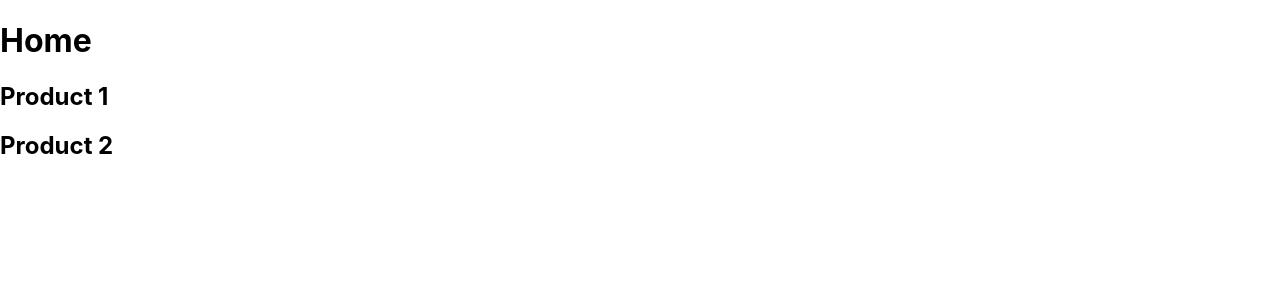
Repository: OmniaRafat232111121/NextJsTutrials
Page: /product
An editor plug-in stored every save of this project. The page is shown before and after a run of saves, followed by the edit.
The browser window is 1280 px wide. The pictures show the whole page.
The project was rebuilt for these pictures with package versions that can differ from the ones it lists, and the page was loaded fresh each time. The framework's server and built-in components were replaced by stand-ins that run in the browser. Also part of the build but not shown: next.config.js.

Above is the page before, as saved 2022-11-13 12:35:28.

### pages/product/index.js
import Link from 'next/link'
import React from 'react'

const productList = () => {
  return (
    <>
      <Link href="/">
        <h1>Home</h1>
      </Link>
      <h2>
        <Link href="/product/1">
          <a>Product 1</a>
        </Link>
      </h2>
          <h2>
        <Link href="/product/2">
          <a>Product 2</a>
        </Link>
      </h2>

    </>
  )
}

export default productList

### styles/globals.css
html,
body {
  padding: 0;
  margin: 0;
  font-family: -apple-system, BlinkMacSystemFont, Segoe UI, Roboto, Oxygen,
    Ubuntu, Cantarell, Fira Sans, Droid Sans, Helvetica Neue, sans-serif;
}

a {
  color: inherit;
  text-decoration: none;

}

* {
  box-sizing: border-box;
}

Loaded but not shown: pages/_app.js (common file)

After the next 2 saves:
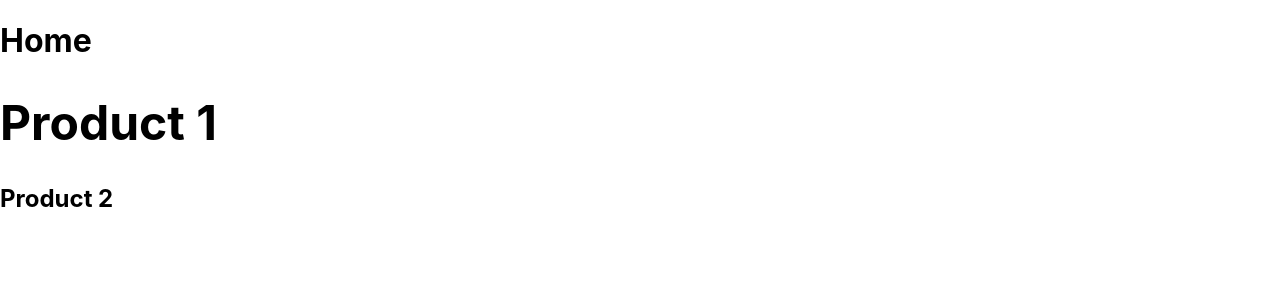
The 2 saves are shown as one change because they came seconds apart.
The last was saved 25 s later.
--- a/pages/product/index.js
+++ b/pages/product/index.js
@@ -9,7 +9,7 @@ const productList = () => {
       </Link>
       <h2>
         <Link href="/product/1">
-          <a>Product 1</a>
+          <h1>Product 1</h1>
         </Link>
       </h2>
           <h2>
